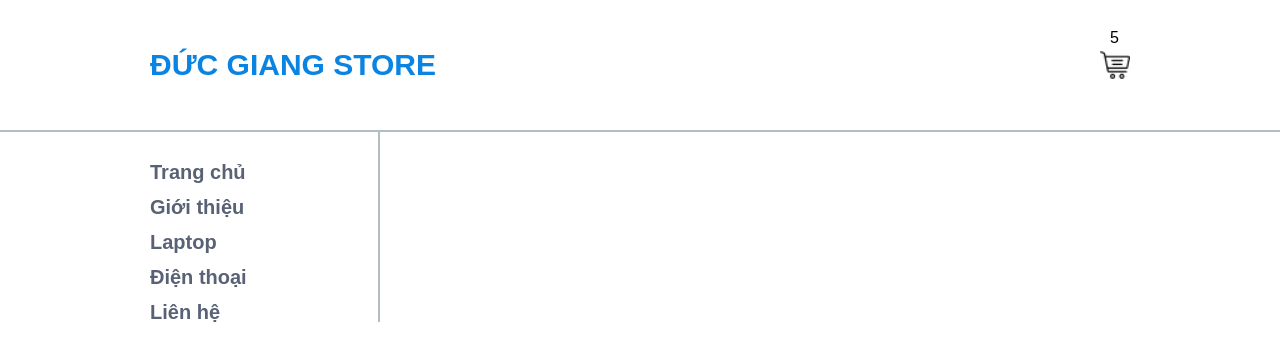
Repository: Giangattt123/PHP
Page: http://localhost/?page=home
These files come from the project's save history. The page is drawn as it stood at one moment and after the next save; the edit follows.
The browser window is 1280 px wide. The pictures show the whole page.
Some web libraries are served in a nearby version. The page is run by PHP 8.4 with error messages shown; the project is at /var/www/html/.

Above is the page before, as saved 2023-03-17 23:24:05.

After the next save:
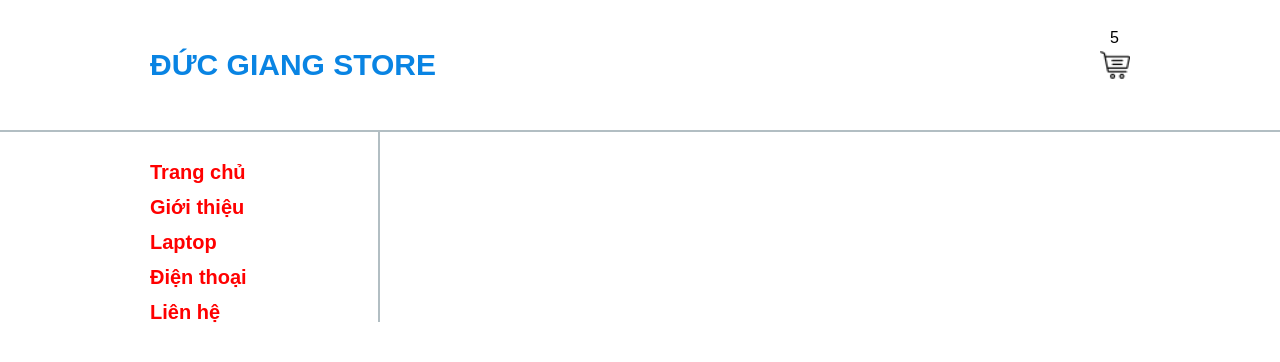
Saved 23 s later.
--- a/PHP_Shopping-Cart/Shopping_Cart/public/css/style.css
+++ b/PHP_Shopping-Cart/Shopping_Cart/public/css/style.css
@@ -61,7 +61,7 @@
   margin-top: 30px;
 }
 a {
-  color: #596275;
+  color: red;
   font-weight: bold;
 }
 a.active:active,

After the save that followed:
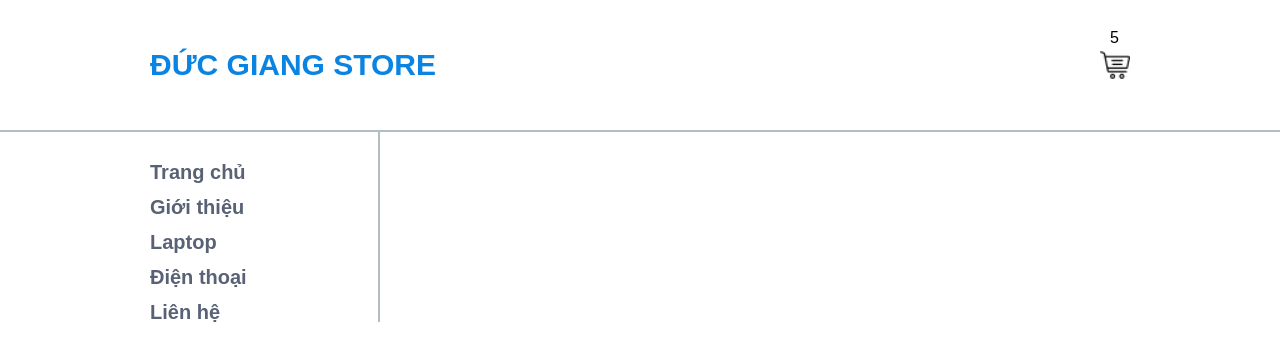
Saved 16 s later.
--- a/PHP_Shopping-Cart/Shopping_Cart/public/css/style.css
+++ b/PHP_Shopping-Cart/Shopping_Cart/public/css/style.css
@@ -61,7 +61,7 @@
   margin-top: 30px;
 }
 a {
-  color: red;
+  color: #596275;
   font-weight: bold;
 }
 a.active:active,
